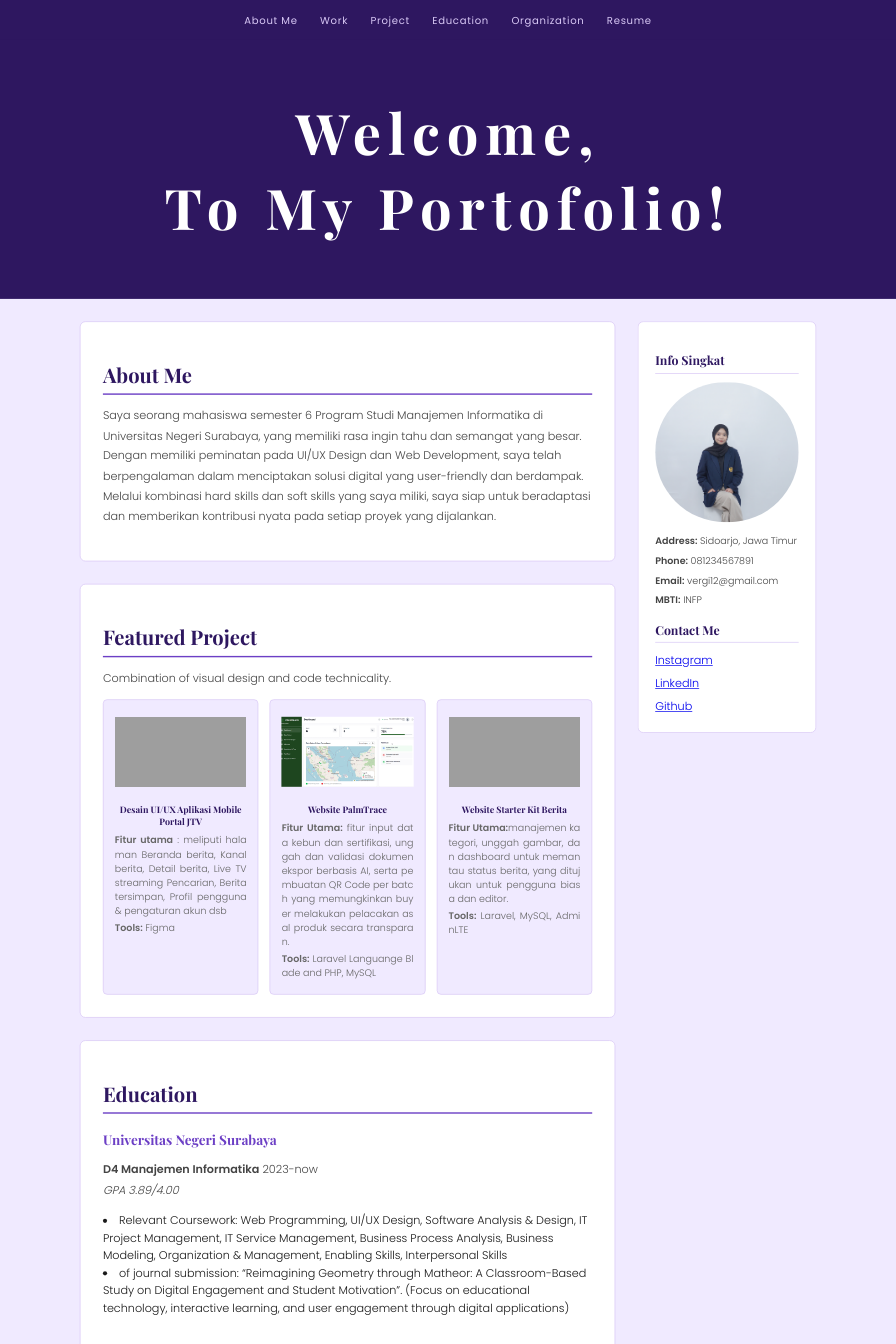
Repository: VergiMutiaRahmasyani/Website-Portofolio
Page: index.html
These files come from the project's save history. The page is drawn as it stood at one moment and after the next save; the edit follows.
The browser window is 1280 px wide. The pictures show the part of the page from y = 0 to 1920 px (the page is 2877 px tall), at 70% of full size.
Pictures or frames that could not be fetched are drawn as grey boxes.

Above is the page before, as saved 2026-03-07 14:57:07.

After the next save:
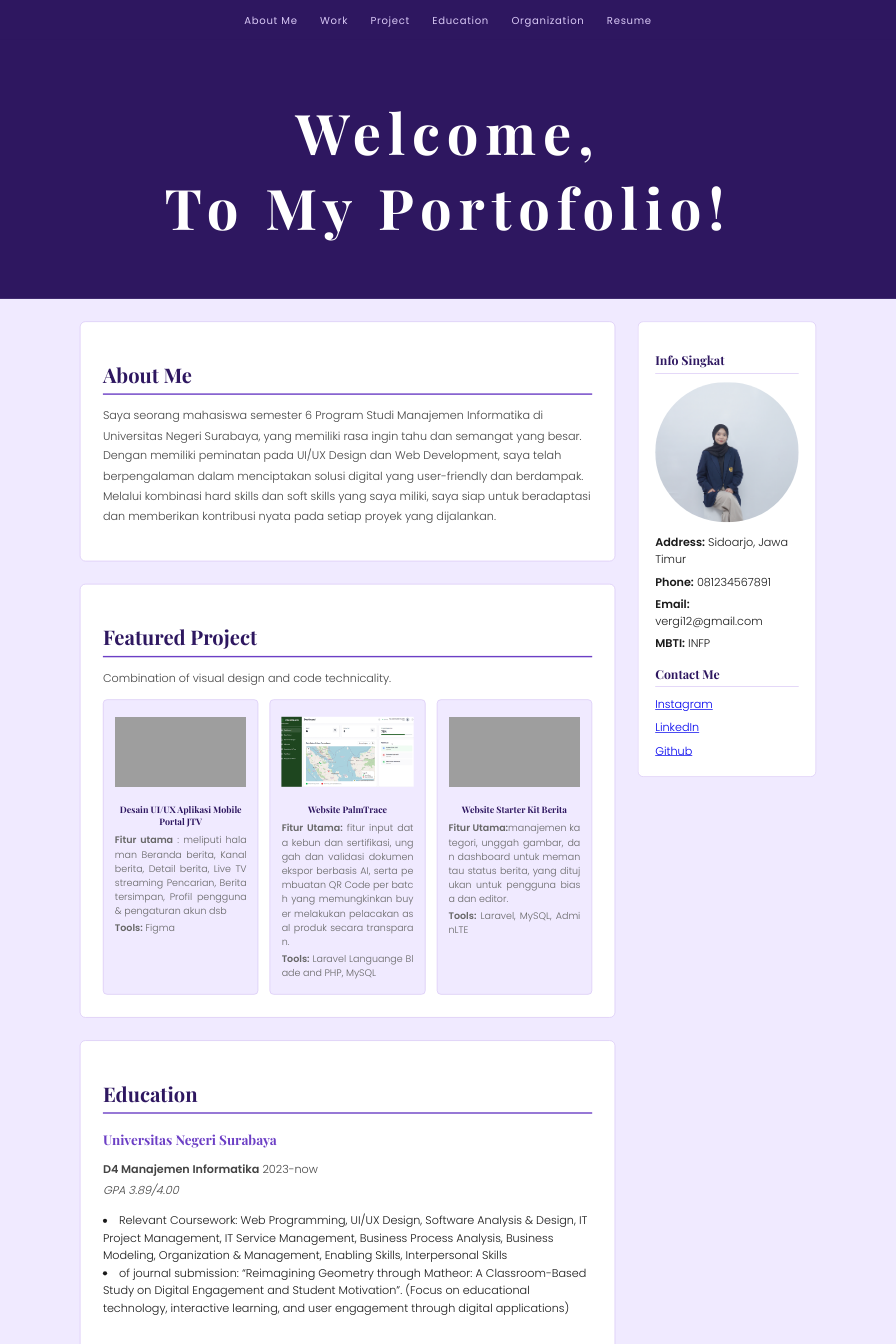
Saved 43 s later.
--- a/css/style.css
+++ b/css/style.css
@@ -272,11 +272,6 @@
     gap: 0.4rem;
 }
 
-.aside-info li {
-    font-size: 0.85rem;
-    color: #444;
-    line-height: 1.6;
-}
 
 .aside-contact {
     list-style: none;

After the save that followed:
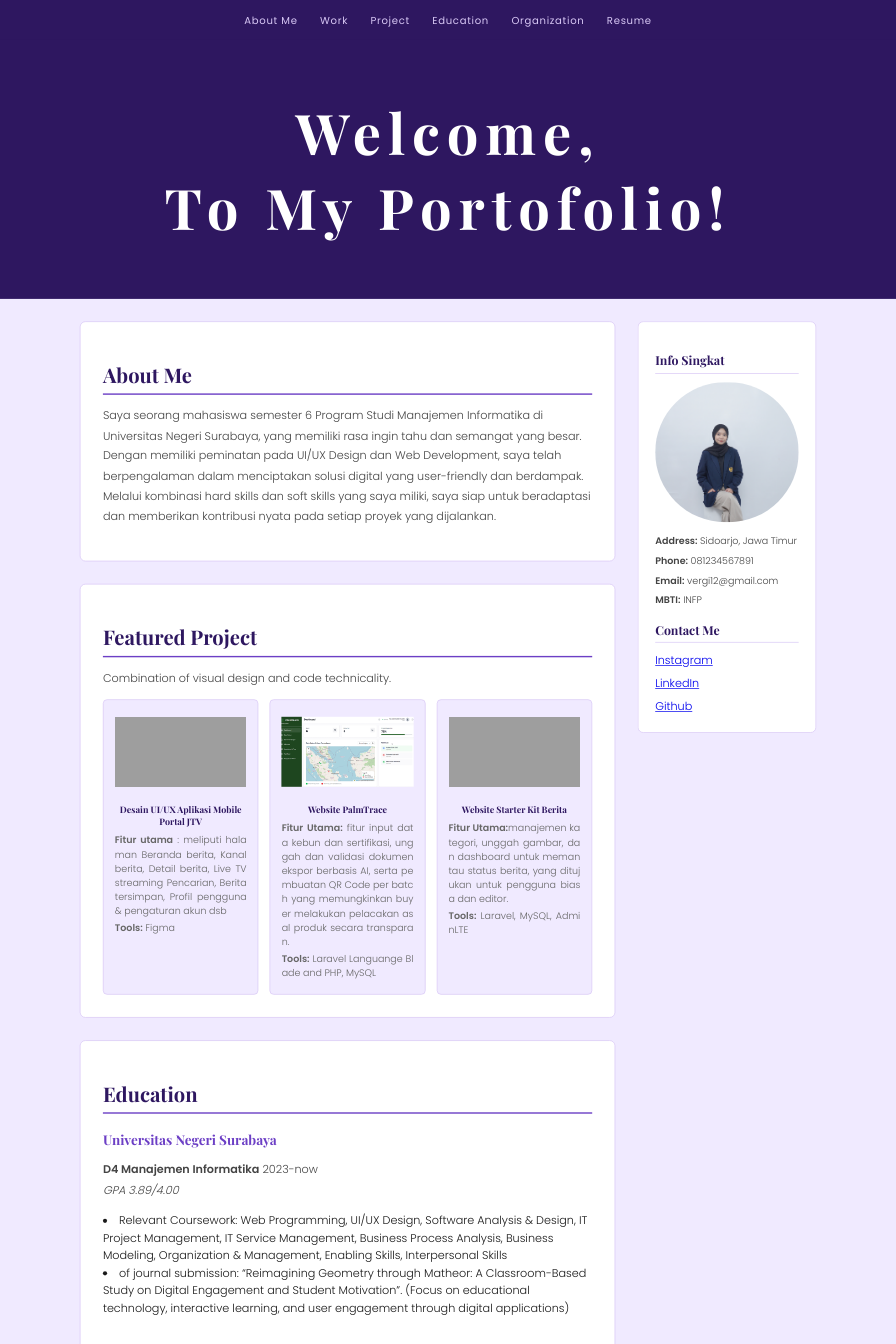
Saved 7 s later.
--- a/css/style.css
+++ b/css/style.css
@@ -272,6 +272,11 @@
     gap: 0.4rem;
 }
 
+.aside-info li {
+    font-size: 0.85rem;
+    color: #444;
+    line-height: 1.6;
+}
 
 .aside-contact {
     list-style: none;
